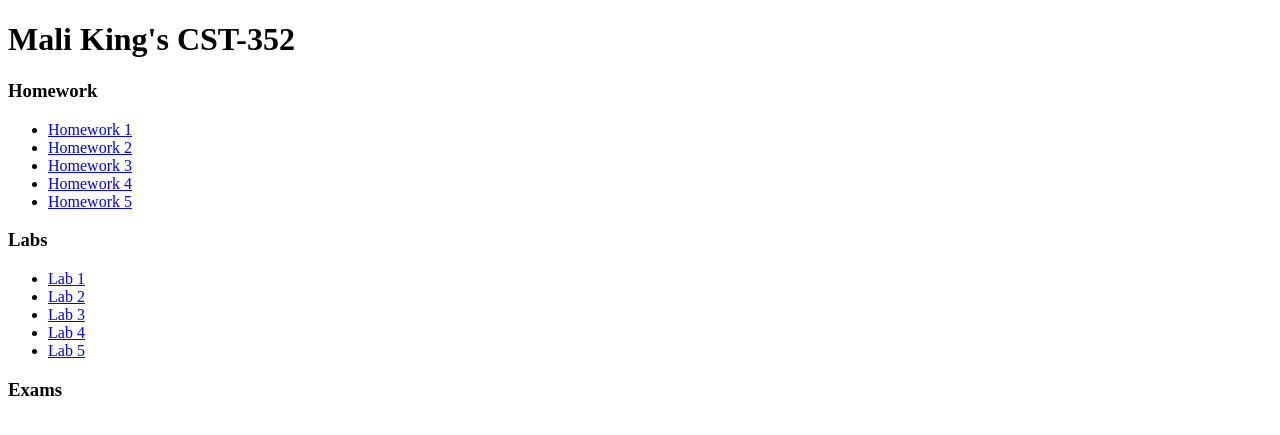
Repository: maliking/making
Page: http://localhost/
The author's editor kept a record of every edit. The page is drawn from the files as they stood at one moment, then again after the next edit.
The browser window is 1280 px wide. The pictures show the whole page.
The page is run by PHP 8.4 with error messages shown; the project is at /var/www/html/.

Above is the page before.

After the next edit:
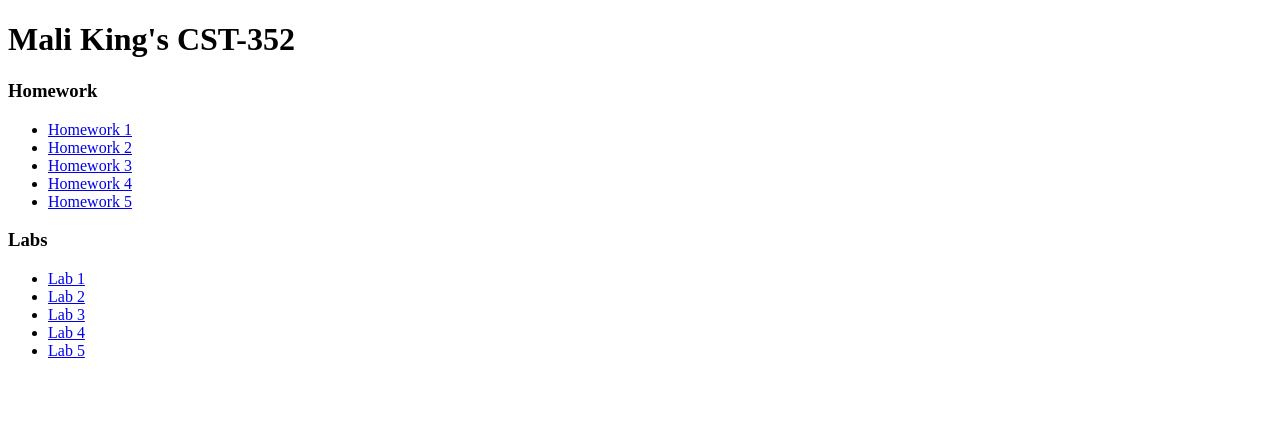
The edit:
--- a/index.php
+++ b/index.php
@@ -27,6 +27,6 @@
         }
         ?>
         </ul>
-        <h3>Exams</h3>
+
     </body>
 </html>
